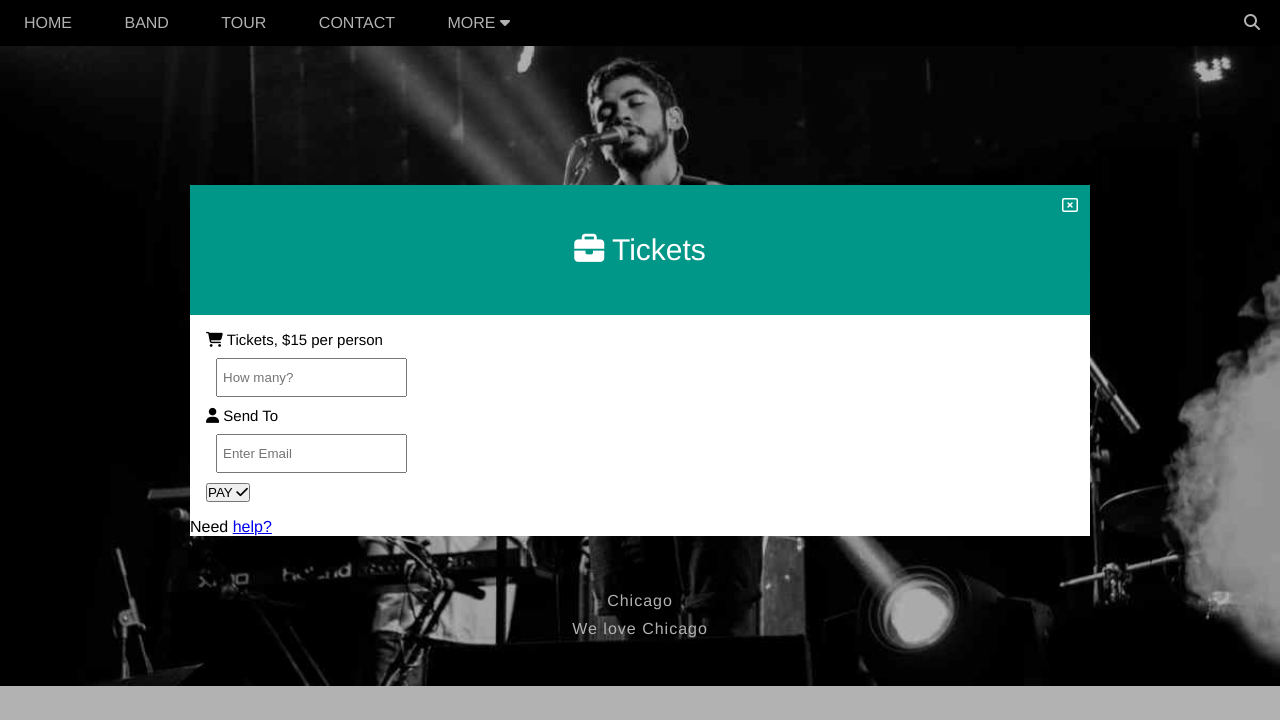
Repository: NguyenMinhChau/Theband
Page: index.html
These files come from the project's save history. The page is drawn as it stood at one moment and after the next save; the edit follows.
The browser window is 1280 px wide. The pictures show the window.
A layer covers the whole window, so only the first screen is drawn. Some web libraries are served in a nearby version.

Above is the page before, as saved 2021-10-23 13:08:06.

### index.html
<!DOCTYPE html>
<html lang="en">
<head>
    <meta charset="UTF-8">
    <meta http-equiv="X-UA-Compatible" content="IE=edge">
    <meta name="viewport" content="width=device-width, initial-scale=1.0">
    <title>THE BAND</title>
    <link rel="icon" href="https://www.w3schools.com/w3css/img_la.jpg"/>
    <script src="https://kit.fontawesome.com/a7b0f58175.js" crossorigin="anonymous"></script>
    <link rel="stylesheet" href="./assets/css/style.css">
</head>
<body>
    <div id="main">
        <div id="header">
            <!-- Begin Navigation -->
            <ul id="nav">
                <li><a href="#">Home</a></li>
                <li><a href="#">Band</a></li>
                <li><a href="#">Tour</a></li>
                <li><a href="#">Contact</a></li>
                <li><a href="#">More <i class="fas fa-caret-down"></i></a>
                    <ul class="subnav">
                        <li><a href="#">Merchandise</a></li>
                        <li><a href="#">Extras</a></li>
                        <li><a href="#">Media</a></li>
                    </ul>
                </li>
            </ul>
            <!-- End Navigation -->

            <!-- Begin Search -->
            <div class="icon-search">
                <a href="#"><i class="header-icon-search fas fa-search"></i></a>
            </div>
            <!-- End Search -->
        </div>

        <div id="slider">
            <div class="description">
                <h4>Chicago</h4>
                <p>We love Chicago</p>
            </div>
        </div>

        <div id="content">
            <!-- section: dành cho những phần dùng chung -->
            <!-- ABOUT SECTION -->
            <div class="content-section">
                <h2 class="section-heading">The Band</h2>
                <p class="section-subheading">We love music</p>
                <p class="about-text">We have created a fictional band website. Lorem ipsum dolor sit amet, consectetur adipiscing elit, sed do eiusmod tempor incididunt ut labore et dolore magna aliqua. Ut enim ad minim veniam, quis nostrud exercitation ullamco laboris nisi ut aliquip ex ea commodo consequat. Duis aute irure dolor in reprehenderit in voluptate velit esse cillum dolore eu fugiat nulla pariatur. Excepteur sint occaecat cupidatat non proident, sunt in culpa qui officia deserunt mollit anim id est laborum consectetur adipiscing elit, sed do eiusmod tempor incididunt ut labore et dolore magna aliqua. Ut enim ad minim veniam, quis nostrud exercitation ullamco laboris nisi ut aliquip ex ea commodo consequat.</p>
                <div class="members-list">
                    <div class="member-item">
                        <p class="member-name">Name</p>
                        <img src="./assets/img/about_member01.jpg" alt="" class="member-avata">
                    </div>
                    <div class="member-item">
                        <p class="member-name">Name</p>
                        <img src="./assets/img/about_member01.jpg" alt="" class="member-avata">
                    </div>
                    <div class="member-item">
                        <p class="member-name">Name</p>
                        <img src="./assets/img/about_member01.jpg" alt="" class="member-avata">
                    </div>
                    <div class="clear"></div>
                </div>
            </div>

            <!-- TOUR SECTION -->
            <div class="tour-section">
                <div class="content-section">
                    <h2 class="section-heading text-white">Tours Dates</h2>
                    <p class="section-subheading text-white">Remember to book your tickets!</p>
                    <ul class="tickets-list">
                        <li>September <span class="sold-out">Sold out</span></li>
                        <li>October <span class="sold-out">Sold out</span></li>
                        <li>November <span class="quantity">3</span></li>
                    </ul>
                    <div class="places-list">
                        <div class="place-item">
                            <img src="./assets/img/tour_place01.jpg" alt="New York" class="place-img">
                            <div class="place-body">
                                <h3 class="place-heading">New York</h3>
                                <p class="place-time">Fri 27 Nov 2016</p>
                                <p class="plave-desc">Praesent tincidunt sed tellus ut rutrum sed vitae justo.</p>
                                <a href="#" class="place-buy-btn">Buy Tickets</a>
                            </div>
                        </div>
                        <div class="place-item">
                            <img src="./assets/img/tour_place_02.jpg" alt="New York" class="place-img">
                            <div class="place-body">
                                <h3 class="place-heading">Paris</h3>
                                <p class="place-time">Sat 28 Nov 2016</p>
                                <p class="plave-desc">Praesent tincidunt sed tellus ut rutrum sed vitae justo.</p>
                                <a href="#" class="place-buy-btn">Buy Tickets</a>
                            </div>
                        </div>
                        <div class="place-item">
                            <img src="./assets/img/tour_place_03.jpg" alt="New York" class="place-img">
                            <div class="place-body">
                                <h3 class="place-heading">San Francisco</h3>
                                <p class="place-time">Sun 29 Nov 2016</p>
                                <p class="plave-desc">Praesent tincidunt sed tellus ut rutrum sed vitae justo.</p>
                                <a href="#" class="place-buy-btn">Buy Tickets</a>
                            </div>
                        </div>
                        <div class="clear"></div>
                    </div>
                </div>
            </div>

            <!-- CONTACT SECTION -->
            <div class="content-section">
                <h2 class="section-heading">Contact</h2>
                <p class="section-subheading">Fan? Drop a note!</p>
            </div>
        </div>

        <div id="footer">

        </div>
    </div>
    <!-- BEGIN MODEL -->
    <div class="modal">
        <div class="modal-container">
            <div class="modal-close">
                <i class="far fa-window-close"></i>
            </div>

            <header class="modal-header">
                <i class="fas fa-briefcase"></i> Tickets
            </header>

            <div class="modal-body">
                <div class="form-group">
                    <label for="" class="modal-label">
                        <i class="fas fa-shopping-cart"></i>
                        Tickets, $15 per person
                    </label>
                    <input type="text" class="modal-input" placeholder="How many?">
                </div>

                <div class="form-group">
                    <label for="" class="modal-label">
                        <i class="fas fa-user"></i>
                        Send To
                    </label>
                    <input type="email" class="modal-input" placeholder="Enter Email">
                </div>

                <button id="buy-tickets">
                    PAY <i class="fas fa-check"></i>
                </button>
            </div>

            <footer class="modal-footer">
                <p class="modal-help">Need
                    <a href="#">help?</a>
                </p>
            </footer>
        </div>
    </div>
    <!-- END MODAL -->
    <script src="assets/js/main.js"></script>
</body>
</html>

### assets/css/style.css
:root{
    --header-height: 46px;
}
*{
    box-sizing: border-box;
    margin: 0;
    padding: 0;
}

html{
    font-family: Helvetica, Arial, sans-serif;
}

.clear{
    clear: both;
}

.text-white{
    color: #fff !important;
}

/* BEGIN CSS HEADER */
#header{
    height: var(--header-height);
    background-color: #000;
    position: fixed;
    top: 0;
    left: 0;
    right: 0;
}

#nav{
    display: inline-block;
}

#nav,
#subnav{
    list-style-type: none;
}

#nav li{
    display: inline-block;
    position: relative;
}

#nav > li > a{
    color: #fff;
    text-transform: uppercase;
}

#nav li a {
    text-decoration: none;
    line-height: var(--header-height);
    padding: 0 24px;

    display: block;
}

#nav > li:hover > a,
#nav .subnav li:hover a {
    color: #000;
    background-color: #ccc;
}

#nav > li:hover .subnav{
    display: block;
}

#nav .subnav{
    display: none;
    position: absolute;
    background-color: #fff;
    box-shadow: 0 0 10px rgba(0,0,0,0.3);
    color: #000;
    top: 100%;
    left: 0;
}

#nav .subnav li a{
    color: #000;
    padding: 0 12px;
    line-height: 38px;
    min-width: 160px;
}

#nav .subnav li{
    display: block;
}

#header .icon-search{
    /* position: absolute;
    top: 0;
    right: 0; */
    float: right;
    line-height: var(--header-height);
    padding: 0 20px;
}

#header .icon-search a{
    text-decoration: none;
}

#header .icon-search:hover{
    background-color: rgb(255, 39, 39);
    cursor: pointer;
}

#header .icon-search .header-icon-search{
    color: #fff;
}
/* END CSS HEADER */


/* BEGIN CSS SLIDER */
#slider{
    position: relative;
    margin-top: var(--header-height);
    /* Kỹ thuật tạo ảnh không bị méo khi thay đổi kích thước */
    padding-top: 50%; /* % là theo chiều ngang của chính nó*/

    /* Khi dùng padding như trên -> ta dùng bg-image để tạo ảnh vì có thể đổ ảnh từ padding */
    background: url('../img/slider_band_chicago.jpg') no-repeat center / cover;
    z-index: -1;
}

#slider .description{
    position: absolute;
    bottom: 0;
    left: 50%;
    transform: translateX(-50%);

    color: #fff;
    text-align: center;
    margin-bottom: 48px;
    letter-spacing: 1px;
}

#slider .description h4,
#slider .description p{
    text-shadow: 0 0 10 rgba(0,0,0,0.5);
}

#slider .description h4{
    font-weight: 540;
    padding: 10px 0;
}
/* END CSS SLIDER */

/* BEGIN CSS CONTENT */
/* CSS ABOUT */
#content .content-section{
    width: 800px;
    margin: auto;
    padding: 64px 0;
}

#content .section-heading,
#content .section-subheading{
    text-align: center;
}

#content .section-heading{
    font-size: 30px;
    font-weight: 500;
    text-transform: uppercase;
    letter-spacing: 4px;
}

#content .section-subheading{
    font-size: 15px;
    font-style: italic;
    margin: 25px 0;
    opacity: 0.7;
}

#content .about-text{
    text-align: justify;
    font-size: 15px;
    line-height: 1.4;
}

#content .members-list{
    margin-top: 48px;
}

#content .member-item{
    float: left;
    text-align: center;
    width: calc(100% / 3);
}

#content .member-name{
    font-size: 15px;
}

#content .member-avata{
    margin-top: 15px;
    width: 154px;
    border-radius: 5px;
}

/* CSS TOUR */
#content .tour-section{
    background-color: #000;
}

#content .tickets-list{
    background-color: #fff;
    margin: 40px 0;
    list-style: none;
}

#content .tickets-list li{
    font-size: 15px;
    padding: 12px 16px;
    border-bottom: 1px solid #ddd;
    color: #757575;
}

#content .tickets-list .sold-out{
    background-color: #f44336;
    color: #fff;
    padding: 3px 4px;
    margin-left: 16px;
}

#content .tickets-list .quantity{
    float: right;
    background-color: #000;
    border-radius: 50%;
    width: 24px;
    height: 24px;
    color: #fff;
    text-align: center;
    line-height: 24px;
    margin-top: -3px;
}

#content .tour-section .places-list{
    margin: 0 -8px 48px;
}

#content .place-item{
    float: left;
    width: calc(100% / 3);
    padding: 0 8px;
}

#content .place-img{
    width: 100%;
    display: block;
}

#content .place-img:hover{
    opacity: 0.7;
}

#content .place-body{
    background-color: #fff;
    padding: 16px;
    font-size: 15px;
}

#content .place-heading{
    font-weight: 550;
}

#content .place-time{
    margin: 15px 0;
    color: #757575;
}

#content .plave-desc{
    line-height: 1.4;
}

#content .place-buy-btn{
    text-decoration: none;
    background-color: #000;
    color: #fff;
    padding: 11px 16px;
    /* Khắc phục tình trạng button che thẻ description */
    display: inline-block;
    margin-top: 15px;
}

#content .place-buy-btn:hover{
    background-color: #ccc;
    color: #000;
}
/* END CSS CONTENT */


#footer{

}

/* BEGIN CSS MODAL */
.modal{
    position: fixed;
    top: 0;
    bottom: 0;
    right: 0;
    left: 0;
    background: rgba(0,0,0,0.3);
    display: flex;
    align-items: center;
    justify-content: center;
    padding: 0 15px;
}

.modal-container{
    position: relative;
    background-color: #fff;
    width: 900px;
    min-height: 200px;
}

.modal-close{
    position: absolute;
    top: 0;
    right: 0;
    color: #fff;
    padding: 12px;
}

.modal-close:hover{
    background-color: #ddd;
    color: #000;
    cursor: pointer;
}

.modal-header{
    height: 130px;
    background: #009688;
    text-align: center;
    line-height:130px;
    color: #fff;
    font-size: 30px;
}

.modal-body{
    padding: 16px;
}

.modal-label{
    display: block;
    font-size: 15px;
}

.modal-input{
    margin: 10px;
    padding: 10px 5px;
}
/* END CSS MODAL */

Loaded but not shown: assets/js/main.js (no stored copy; drawn as an empty file)

After the next save:
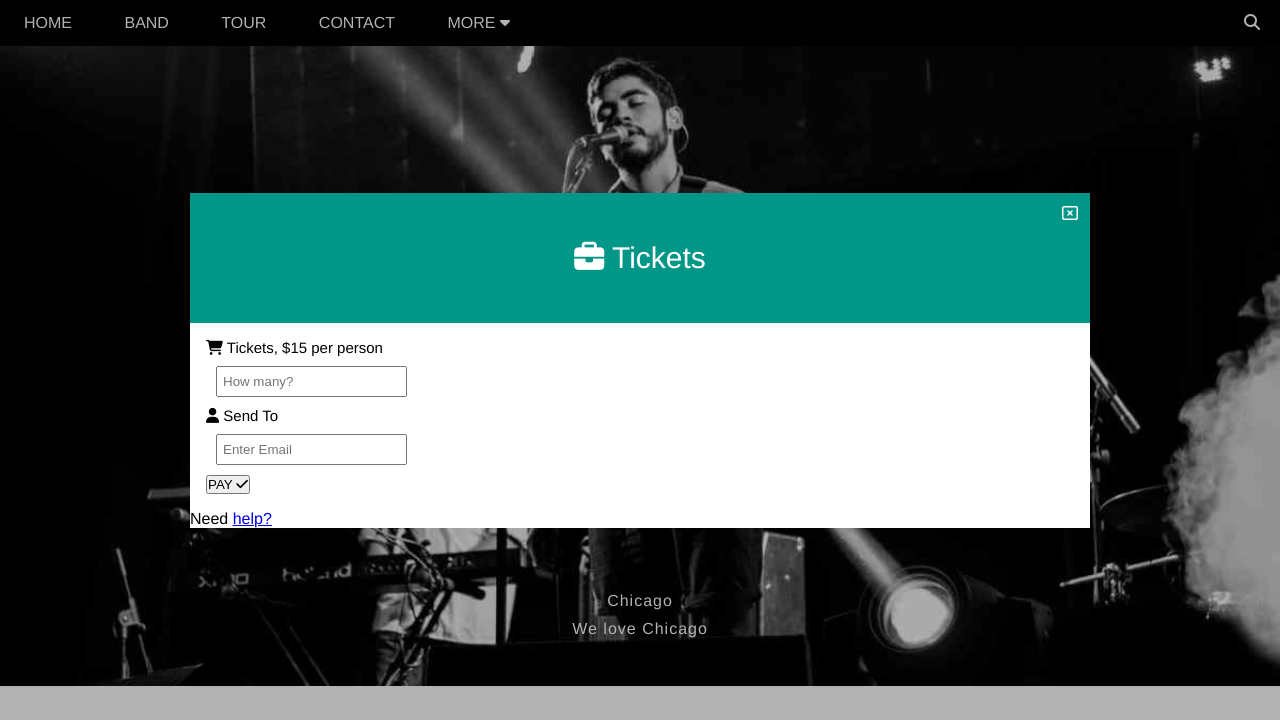
Saved 15 s later.
--- a/assets/css/style.css
+++ b/assets/css/style.css
@@ -350,6 +350,6 @@
 
 .modal-input{
     margin: 10px;
-    padding: 10px 5px;
+    padding: 6px 5px;
 }
 /* END CSS MODAL */
